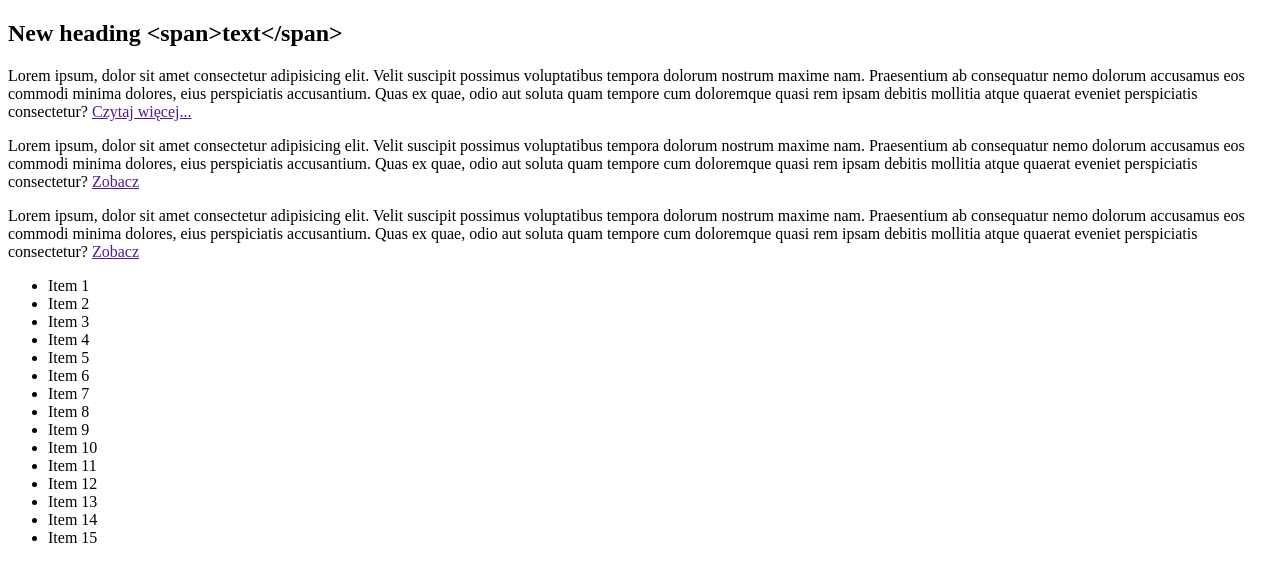
Repository: magdaf41/jQuery
Page: zadanie 3/index.html
These files come from the project's save history. The page is drawn as it stood at one moment and after the next save; the edit follows.
The browser window is 1280 px wide. The pictures show the whole page.

Above is the page before, as saved 2020-09-08 21:55:10.

### zadanie 3/index.html
<!DOCTYPE html>
<html>

<head>
    <meta charset=utf-8 />
    <title>Return first and last name from a form - w3resource</title>
</head>

<body>
    <section id="about">
        <h2>Section Title</h2>
        <p class="content">Lorem ipsum, dolor sit amet consectetur adipisicing
        elit. Velit suscipit possimus voluptatibus tempora dolorum nostrum
        maxime nam. Praesentium ab consequatur nemo dolorum accusamus eos
        commodi minima dolores, eius perspiciatis accusantium. Quas ex quae,
        odio aut soluta quam tempore cum doloremque quasi rem ipsam debitis
        mollitia atque quaerat eveniet perspiciatis consectetur?
        <a href="" title="Read more">Czytaj więcej...</a></p>
        <p class="content">Lorem ipsum, dolor sit amet consectetur adipisicing
        elit. Velit suscipit possimus voluptatibus tempora dolorum nostrum
        maxime nam. Praesentium ab consequatur nemo dolorum accusamus eos
        commodi minima dolores, eius perspiciatis accusantium. Quas ex quae,
        odio aut soluta quam tempore cum doloremque quasi rem ipsam debitis
        mollitia atque quaerat eveniet perspiciatis consectetur?
        <a href="" title="See more">Zobacz</a></p>
        <p class="description">Lorem ipsum, dolor sit amet consectetur adipisicing
        elit. Velit suscipit possimus voluptatibus tempora dolorum nostrum
        maxime nam. Praesentium ab consequatur nemo dolorum accusamus eos
        commodi minima dolores, eius perspiciatis accusantium. Quas ex quae,
        odio aut soluta quam tempore cum doloremque quasi rem ipsam debitis
        mollitia atque quaerat eveniet perspiciatis consectetur?
        <a href="" title="See more">Zobacz</a></p>
        <ul>
             <li class="list-item">Item 1</li>
             <li class="list-item">Item 2</li>
             <li class="list-item">Item 3</li>
             <li class="list-item">Item 4</li>
             <li class="list-item">Item 5</li>
             <li class="list-item">Item 6</li>
             <li class="list-item">Item 7</li>
             <li class="list-item">Item 8</li>
             <li class="list-item">Item 9</li>
             <li class="list-item">Item 10</li>
             <li class="list-item">Item 11</li>
             <li class="list-item">Item 12</li>
             <li class="list-item">Item 13</li>
             <li class="list-item">Item 14</li>
             <li class="list-item">Item 15</li>
        </ul>
   </section>

    <!-- Biblioteka jQuery -->
    <script src="js/jquery-3.5.1.min.js"></script>
    <!--Custom script  -->
    <script src="js/main.js"></script>
</body>

</html>

### zadanie 3/js/main.js
$(document).ready(function () {

    let headingText = $('h2').text();
    console.log(headingText);

    let parContent = $('p').eq(0).text();
    console.log(parContent);

    $('h2').text('New heading <span>text</span> ');
});

Loaded but not shown: zadanie 3/js/jquery-3.5.1.min.js (library)

After the next save:
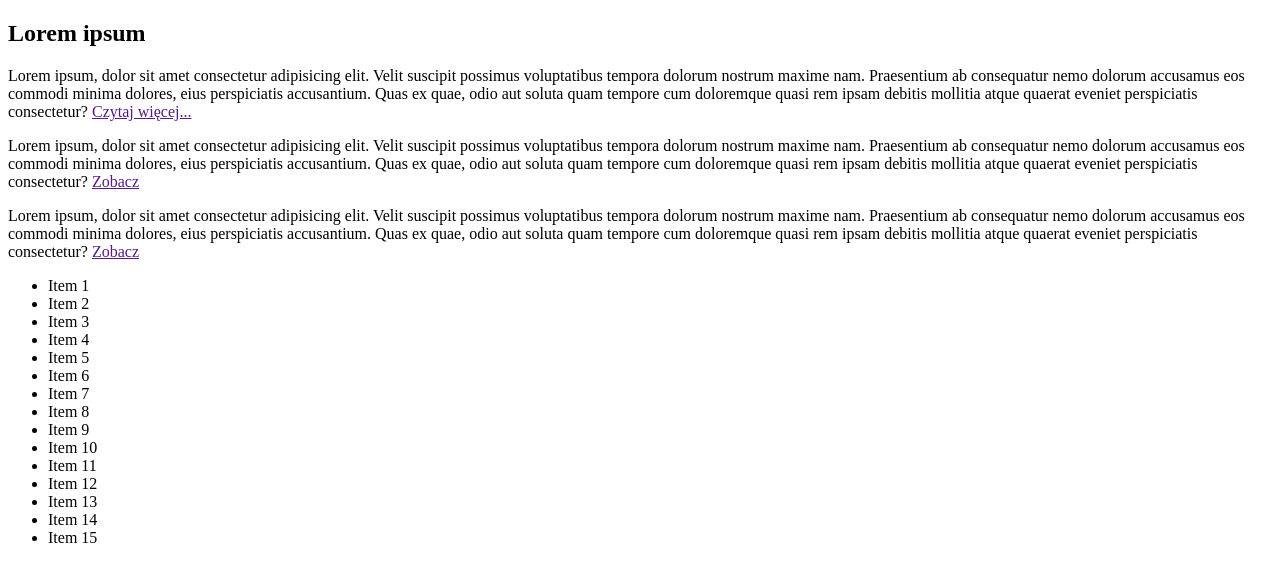
Saved 72 s later.
--- a/zadanie 3/js/main.js
+++ b/zadanie 3/js/main.js
@@ -6,5 +6,7 @@ $(document).ready(function () {
     let parContent = $('p').eq(0).text();
     console.log(parContent);
 
-    $('h2').text('New heading <span>text</span> ');
+    $('h2').text('New heading text');
+
+    $('h2').html('Lorem <span>ipsum</span>');
 });
